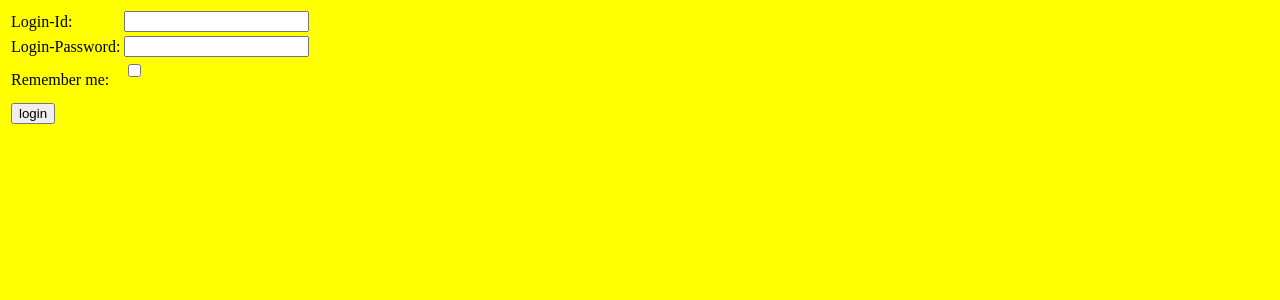
Repository: pawankumarsharm/UST_JDBC_SERVLET
Page: jdbc/empwebapp/WebContent/login.html
The author's editor kept a copy of each file at every save. The page is drawn from the files as they stood at one save, then again after the next save.
The browser window is 1280 px wide. The pictures show the whole page.

Above is the page before, as saved 2019-11-15 09:21:49.

After the next save:
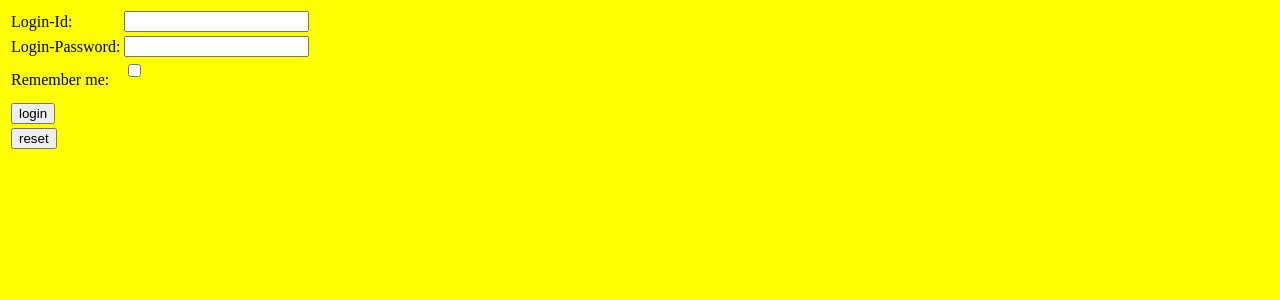
Saved 73 s later.
--- a/jdbc/empwebapp/WebContent/login.html
+++ b/jdbc/empwebapp/WebContent/login.html
@@ -26,6 +26,10 @@
 <td><input type="submit" value ="login"><br></td>
 </tr>
 
+<tr>
+<td><input type="submit" value ="reset"><br></td>
+</tr>
+
 
 
 
